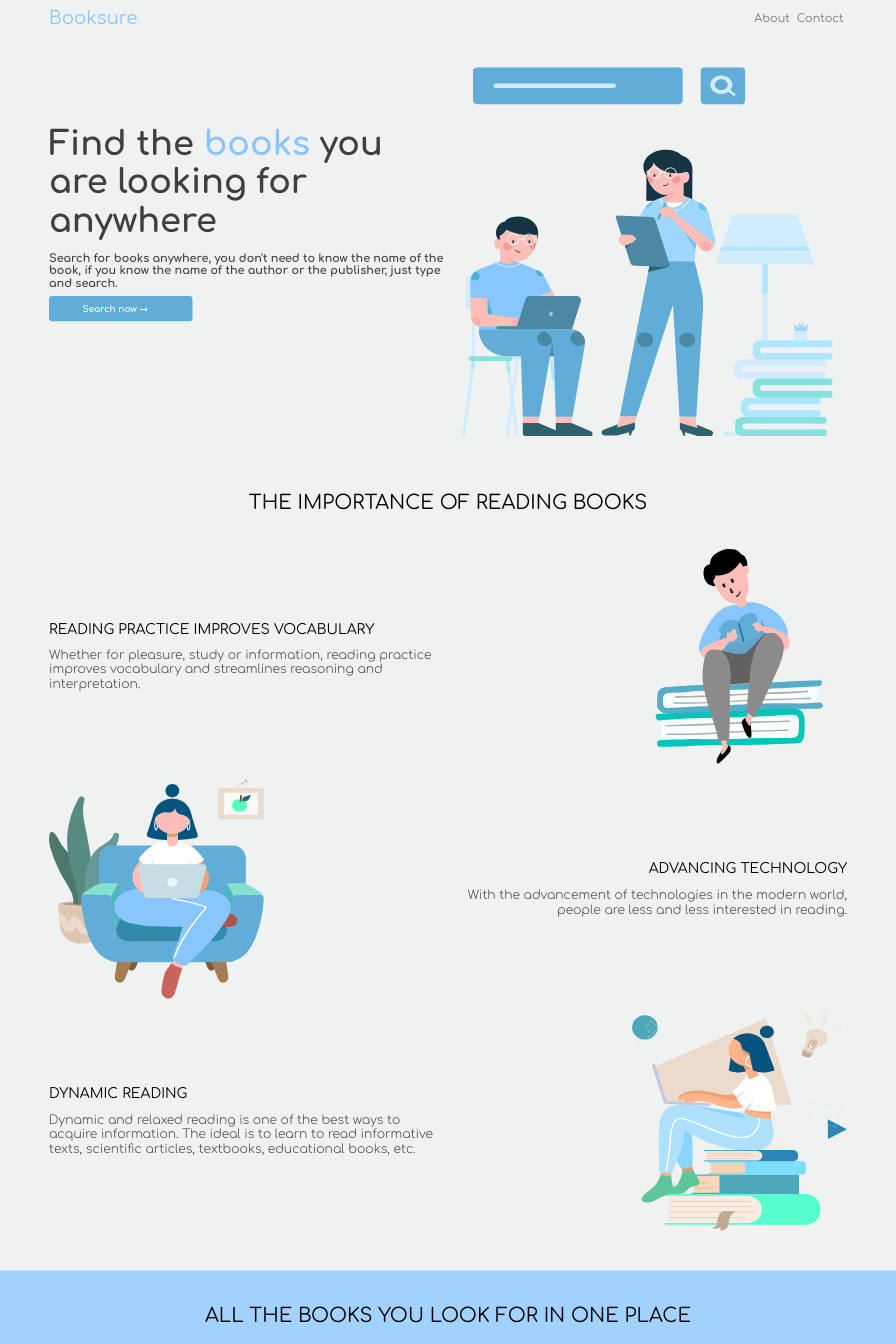
Repository: changesxxx/searchBooks
Page: /
An editor plug-in stored every save of this project. The page is shown before and after the next save, followed by the edit.
The browser window is 1280 px wide. The pictures show the part of the page from y = 0 to 1920 px (the page is 3081 px tall before and 720 px after), at 70% of full size.
The project was rebuilt for these pictures with package versions that can differ from the ones it lists, and the page was loaded fresh each time. Also part of the build but not shown: craco.config.js.

Above is the page before, as saved 2024-06-24 15:33:17.

### public/index.html
<!DOCTYPE html>
<html lang="en">

<head>
  <meta charset="utf-8" />
  <link rel="icon" href="%PUBLIC_URL%/favicon.ico" />
  <meta name="viewport" content="width=device-width, initial-scale=1" />
  <meta name="theme-color" content="#000000" />
  <meta name="description" content="Web site created using create-react-app" />
  <link rel="apple-touch-icon" href="%PUBLIC_URL%/logo192.png" />
  <!--
      manifest.json provides metadata used when your web app is installed on a
      user's mobile device or desktop. See https://developers.google.com/web/fundamentals/web-app-manifest/
    -->
  <link rel="manifest" href="%PUBLIC_URL%/manifest.json" />
  <!--
      Notice the use of %PUBLIC_URL% in the tags above.
      It will be replaced with the URL of the `public` folder during the build.
      Only files inside the `public` folder can be referenced from the HTML.

      Unlike "/favicon.ico" or "favicon.ico", "%PUBLIC_URL%/favicon.ico" will
      work correctly both with client-side routing and a non-root public URL.
      Learn how to configure a non-root public URL by running `npm run build`.
    -->
  <title>SearchBooks</title>
</head>

<body>
  <noscript>You need to enable JavaScript to run this app.</noscript>
  <div id="root"></div>
  <!--
      This HTML file is a template.
      If you open it directly in the browser, you will see an empty page.

      You can add webfonts, meta tags, or analytics to this file.
      The build step will place the bundled scripts into the <body> tag.

      To begin the development, run `npm start` or `yarn start`.
      To create a production bundle, use `npm run build` or `yarn build`.
    -->
</body>

</html>

### src/index.js
import React from 'react'

import ReactDOM from 'react-dom/client'

//router
import { BrowserRouter } from 'react-router-dom'

//css重置
import 'normalize.css'
import '@/assets/css/index.css'

import App from './App.jsx'

const root = ReactDOM.createRoot(document.getElementById('root'))

root.render(
  <BrowserRouter>
    <App />
  </BrowserRouter>,
)

### src/assets/css/index.css
@import './reset.css';
@import './common.css';

### src/App.jsx
import React, { memo } from 'react'

import { useRoutes } from 'react-router-dom'

import PageHeader from './components/pageHeader/PageHeader'
import PageFooter from './components/pageFooter/PageFooter'

import Home from './view/home/Home'

const App = memo(() => {
  return (
    <div>
      <PageHeader></PageHeader>
      <Home></Home>
      <PageFooter></PageFooter>
    </div>
  )
})

export default App

### src/assets/css/reset.css
/* 样式的重置 */
body,
html,
h1,
h2,
h3,
h4,
h5,
h6,
ul,
ol,
li,
dl,
dt,
dd,
header,
menu,
section,
p,
input,
td,
th,
ins {
  padding: 0;
  margin: 0;
}

ul,
ol,
li {
  list-style: none;
}

a {
  text-decoration: none;
  color: #666;
}

a:hover {
  color: #666;
  text-decoration: underline;
}

i,
em {
  font-style: normal;
}

input,
textarea,
button,
select,
a {
  outline: none;
  border: none;
}

table {
  border-collapse: collapse;
  border-spacing: 0;
}

img {
  border: none;
  vertical-align: middle;
}

### src/assets/css/common.css
body {
  background-color: #eff2f1;
  font-family: Comfortaa-Regular;
}

@font-face {
  font-family: Comfoorta-Bold;
  src: url('../font/Comfortaa-Bold.ttf');
}

@font-face {
  font-family: Comfortaa-Regular;
  src: url('../font/Comfortaa-Regular.ttf');
}

@font-face {
  font-family: Comfortaa-Light;
  src: url('../font/Comfortaa-Light.ttf');
}

.content_mid {
  width: 1140px;
  margin: 0 auto;
}

### src/components/pageHeader/PageHeader.jsx
import React, { memo } from 'react'

import HeaderWrapper from './style'

const PageHeader = memo(() => {
  return (
    <HeaderWrapper className="content_mid">
      <div className="title">Booksure</div>
      <div className="other">
        <div className="item">About</div>
        <div className="item">Contoct</div>
      </div>
    </HeaderWrapper>
  )
})

export default PageHeader

### src/components/pageFooter/PageFooter.jsx
import React, { memo } from 'react'

import FooterWrapper from './style'

const PageFooter = memo(() => {
  return (
    <FooterWrapper>
      <div className="content_mid content ">
        <div className="title">Booksure</div>
        <div className="text">
          © Copyright 2020 LuisFrag. All rights reserved.
        </div>
        <div className="icon">icon</div>
      </div>
    </FooterWrapper>
  )
})

export default PageFooter

### src/view/home/Home.jsx
import React, { memo } from 'react'
import Synopsis from './cnps/synopsis/Synopsis'
import Importance from './cnps/importance/Importance'
import Focus from './cnps/focus/Focus'
import Technologies from './cnps/technologies/Technologies'

const Home = memo(() => {
  return (
    <div>
      <Synopsis></Synopsis>
      <Importance></Importance>
      <Focus></Focus>
      <Technologies></Technologies>
    </div>
  )
})

export default Home

### src/components/pageHeader/style.js
import { styled } from 'styled-components'

const HeaderWrapper = styled.div`
  display: flex;
  justify-content: space-between;
  height: 40px;
  margin-top: 6px;
  padding: 0 15px;

  .title {
    display: flex;
    height: 100%;
    align-items: center;

    font-size: 26px;
    color: #89c6ff;
  }

  .other {
    display: flex;
    height: 100%;

    align-items: center;

    .item {
      margin: 0 5px;
      color: rgba(0, 0, 0, 0.5);
    }
  }
`
export default HeaderWrapper

### src/components/pageFooter/style.js
import { styled } from 'styled-components'

const FooterWrapper = styled.div`
  height: 90px;
  background-color: #343a40;

  .content {
    display: flex;
    height: 100%;
    justify-content: space-between;

    align-items: center;

    .title {
      font-size: 26px;
      color: #89c6ff;
    }

    .text {
      font-size: 14px;
      color: #fff;
    }
  }
`

export default FooterWrapper

### src/view/home/cnps/synopsis/Synopsis.jsx
import React, { memo } from 'react'
import { Link } from 'react-router-dom'

import SynopsisWrapper from './style'
import apresentation from '@/assets/img/main-apresentation.svg'

const Synopsis = memo(() => {
  return (
    <SynopsisWrapper className="content_mid">
      <div className="content item">
        <div style={{ fontSize: '3rem', marginBottom: '16px' }}>
          Find the <span style={{ color: '#89c6ff' }}>books</span> you are
          looking for anywhere
        </div>
        <div style={{ color: ' #403e3e', marginBottom: '16px' }}>
          Search for books anywhere, you don't need to know the name of the
          book, if you know the name of the author or the publisher, just type
          and search.
        </div>

        <Link className="btn" to="/search">
          Search now →
        </Link>
      </div>
      <div className="item">
        <img className="img " src={apresentation} />
      </div>
    </SynopsisWrapper>
  )
})

export default Synopsis

### src/view/home/cnps/importance/Importance.jsx
import React, { memo } from 'react'

import ImportanceWrapper from './style'

import home1 from '@/assets/img/home-1.svg'
import home2 from '@/assets/img/home-2.svg'
import home3 from '@/assets/img/home-3.svg'

const Importance = memo(() => {
  return (
    <ImportanceWrapper className="content_mid">
      <div className="title">The Importance of reading books</div>

      <div className="item">
        <div className="text">
          <div
            style={{
              paddingBottom: '.5rem',
              fontSize: '1.25rem',
              marginBottom: '8px',
            }}
          >
            READING PRACTICE IMPROVES VOCABULARY
          </div>

          <div
            style={{
              fontSize: '1.1rem',
              color: '#403e3e',
              fontFamily: 'Comfortaa-Light',
            }}
          >
            Whether for pleasure, study or information, reading practice
            improves vocabulary and streamlines reasoning and interpretation.
          </div>
        </div>
        <div className="img">
          <img src={home1} alt="" />
        </div>
      </div>

      <div className="item">
        <div className="img">
          <img
            src={home2}
            alt=""
            style={{ marginRight: 'auto', marginLeft: '0px' }}
          />
        </div>
        <div className="text" style={{ textAlign: 'right' }}>
          <div
            style={{
              paddingBottom: '.5rem',
              fontSize: '1.25rem',
              marginBottom: '8px',
            }}
          >
            ADVANCING TECHNOLOGY
          </div>

          <div
            style={{
              fontSize: '1.1rem',
              color: '#403e3e',
              fontFamily: 'Comfortaa-Light',
            }}
          >
            With the advancement of technologies in the modern world, people are
            less and less interested in reading.
          </div>
        </div>
      </div>

      <div className="item">
        <div className="text">
          <div
            style={{
              paddingBottom: '.5rem',
              fontSize: '1.25rem',
              marginBottom: '8px',
            }}
          >
            DYNAMIC READING
          </div>

          <div
            style={{
              fontSize: '1.1rem',
              color: '#403e3e',
              fontFamily: 'Comfortaa-Light',
            }}
          >
            Dynamic and relaxed reading is one of the best ways to acquire
            information. The ideal is to learn to read informative texts,
            scientific articles, textbooks, educational books, etc.
          </div>
        </div>
        <div className="img">
          <img src={home3} alt="" />
        </div>
      </div>
    </ImportanceWrapper>
  )
})

export default Importance

### src/view/home/cnps/focus/Focus.jsx
import React, { memo } from 'react'

import FocusWrapper from './style.js'

import home4 from '@/assets/img/home-4.svg'

const Focus = memo(() => {
  return (
    <FocusWrapper>
      <div className="content_mid">
        <div className="title">ALL THE BOOKS YOU LOOK FOR IN ONE PLACE</div>

        <div style={{ marginTop: '16px', textAlign: 'center' }}>
          <img src={home4} alt="" />
        </div>
      </div>
    </FocusWrapper>
  )
})

export default Focus

### src/view/home/cnps/technologies/Technologies.jsx
import React, { memo } from 'react'

import TechnologiesWrapper from './style'

import home5 from '@/assets/img/home-5.svg'
import home6 from '@/assets/img/home-6.svg'
import reactImg from '@/assets/img/react.png'

const Technologies = memo(() => {
  return (
    <TechnologiesWrapper>
      <div className="content_mid container">
        <div className="item">
          <div style={{ marginBottom: '48px' }}>
            <img src={home5} alt="" />
          </div>
          Download samples in PDF or EPUB of your favorite books
        </div>
        <div className="item">
          <div style={{ marginBottom: '48px' }}>
            <img src={home6} alt="" />
          </div>
          Buy the books you're looking for from your phone or PC
        </div>
      </div>

      <div className="content_mid used">
        <div className="title">THE TECHNOLOGIES USED</div>
        <img src={reactImg} alt="" />
      </div>
    </TechnologiesWrapper>
  )
})

export default Technologies

### src/view/home/cnps/synopsis/style.js
import { styled } from 'styled-components'
const synopsisWrapper = styled.div`
  display: flex;
  height: 527px;

  margin-top: 50px;

  .content {
    font-family: Comfoorta-Bold;
    color: #403e3e;

    padding: 82px 0;

    .btn {
      padding: 0.7rem 4rem 0.7rem 3rem;
      background-color: #62add7;
      border-color: #62add7;
      font-size: 0.8rem;

      color: #fff;

      border-radius: 0.3rem;
      cursor: pointer;
    }
  }

  .item {
    height: 100%;
    flex: 1;
  }

  .img {
    width: 100%;
    height: 100%;
  }
`

export default synopsisWrapper

### src/view/home/cnps/importance/style.js
import { styled } from 'styled-components'
const importanceWrapper = styled.div`
  margin-top: 50px;

  .title {
    display: flex;
    height: 90px;
    justify-content: center;
    align-items: center;

    margin-bottom: 8px;

    font-size: 1.75rem;
    text-transform: uppercase !important;
  }

  .item {
    display: flex;
  }

  .text,
  .img {
    display: flex;
    flex-direction: column;
    justify-content: center;
    height: 332px;
    flex: 1;
  }

  .img {
  }

  .img img {
    width: 307px;
    height: 317px;
    margin-left: auto;
  }
`

export default importanceWrapper

### src/view/home/cnps/focus/style.js
import { styled } from 'styled-components'
const focusWrapper = styled.div`
  height: 442px;
  margin-top: 48px;

  background-color: #a2d2ff;

  .title {
    padding: 48px 0;
    text-align: center;
    font-weight: 500;
    font-size: 1.75rem;
  }
`

export default focusWrapper

### src/view/home/cnps/technologies/style.js
import { styled } from 'styled-components'
const technologiesWrapper = styled.div`
  padding: 48px 15px 24px;

  .container {
    display: flex;

    .item {
      flex: 1;
      height: 378px;
      padding: 0 15px;

      text-align: center;

      font-family: Comfoorta-Light;
      font-size: 1rem;
      color: #403e3e;
      font-weight: 300;
    }
  }

  .used {
    height: 284px;
    text-align: center;

    .title {
      padding: 48px 0;
      font-size: 1.75rem;
    }

    img {
      width: 160px;
      height: auto;
    }
  }
`

export default technologiesWrapper

After the next save:
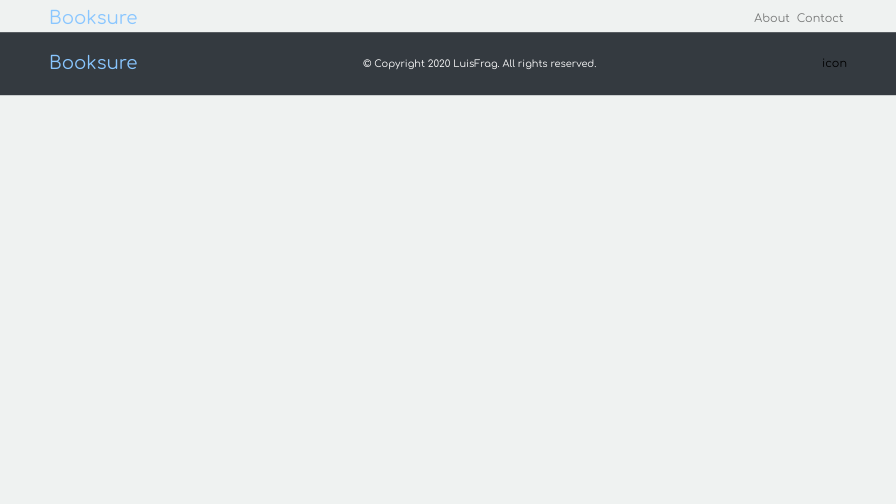
Saved 14 s later.
--- a/src/App.jsx
+++ b/src/App.jsx
@@ -11,7 +11,7 @@ const App = memo(() => {
   return (
     <div>
       <PageHeader></PageHeader>
-      <Home></Home>
+
       <PageFooter></PageFooter>
     </div>
   )
